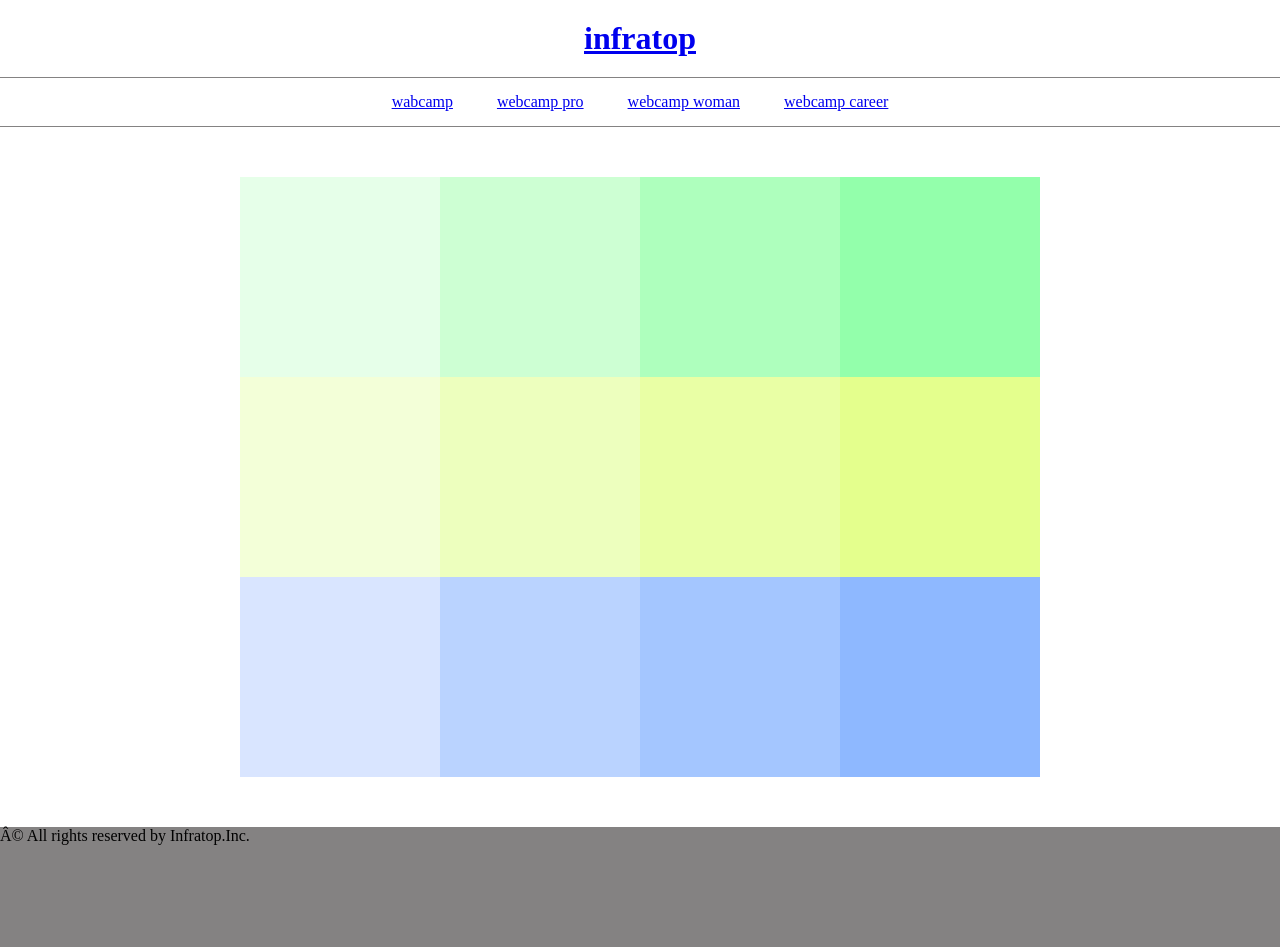
Repository: dsjanainoyo/html
Page: capter5.exercise/capter5.exercise.html
The author's editor kept a record of every edit. The page is drawn from the files as they stood at one moment, then again after the next edit.
The browser window is 1280 px wide. The pictures show the whole page.

Above is the page before.

### capter5.exercise/capter5.exercise.html
<!DOCTYPE html>
<html lang="ja">
  <head>
    <meta charset="UTF=8">
    <link rel="stylesheet" href="capter5.exercise.css">
    <title>CAPTER5</title>
  </head>

  <body>
    <header>
      <h1>
        <a href="capter5.exercise.html">
          infratop
        </a>
      </h1>
      </header>
    <nav>
      <ul class="nav-list">
        <li class="nav-list-item">
          <a href="capter5.exercise.htm">
          wabcamp
          </a>
        </li>
         <li class="nav-list-item">
         <a href="capter5.exercise.htm">
          webcamp pro
          </a>
        </li>
         <li class="nav-list-item">
          <a href="capter5.exercise.htm">
          webcamp woman
          </a>
          </li>
         <li class="nav-list-item">
          <a href="capter5.exercise.htm">
          webcamp career
          </a>
        </li>
     </ul>
    </nav>


    <main>
      <div class="box1"></div>
      <div class="box2"></div>
      <div class="box3"></div>
      <div class="box4"></div>
      <div class="box5"></div>
      <div class="box6"></div>
      <div class="box7"></div>
      <div class="box8"></div>
      <div class="box9"></div>
      <div class="box10"></div>
      <div class="box11"></div>
      <div class="box12"></div>
    </main>

    <footer>
      <div="footer-text">
        © All rights reserved by Infratop.Inc.
      </div>
    </footer>
  </body>

### capter5.exercise/capter5.exercise.css
*{
  margin:0;
  padding:0;
  box-sizing:border-box;
}

header{
  width:100%;
  margin:20px 0;
  text-align:center;
}

.nav-list{
  margin:0 auto;
  padding:15px 0;
  text-align:center;
  border-top:1px solid #848282;
  border-bottom:1px solid #848282;
}

.nav-list-item{
  list-style:none;
  margin:0 20px;
  display:inline-block;

}

main{
  width:800px;
  margin:50px auto;
  display:flex;
  flex-wrap:wrap;
}

.box1{
  width:200px;
  height:200px;
  background-color:#e6ffe9;
}

.box2{
  width:200px;
  height:200px;
  background-color:#cdffd3;
}

.box3{
  width:200px;
  height:200px;
  background-color:#aeffbd;
}

.box4{
  width:200px;
  height:200px;
  background-color:#93ffab;
}

.box5{
  width:200px;
  height:200px;
  background-color:#f3ffd8;
}

.box6{
  width:200px;
  height:200px;
  background-color:#edffbe;
}

.box7{
  width:200px;
  height:200px;
  background-color:#e9ffa5;
}

.box8{
  width:200px;
  height:200px;
  background-color:#e4ff8d;
}

.box9{
  width:200px;
  height:200px;
  background-color:#d9e5ff;
}

.box10{
  width:200px;
  height:200px;
  background-color:#bad3ff;
}

.box11{
  width:200px;
  height:200px;
  background-color:#a4c6ff;
}

.box12{
  width:200px;
  height:200px;
  background-color:#8eb8ff;
}

footer{
  width:100%;
  height:120px;
  background-color:#848282;
}

.footer-text{

}

After the next edit:
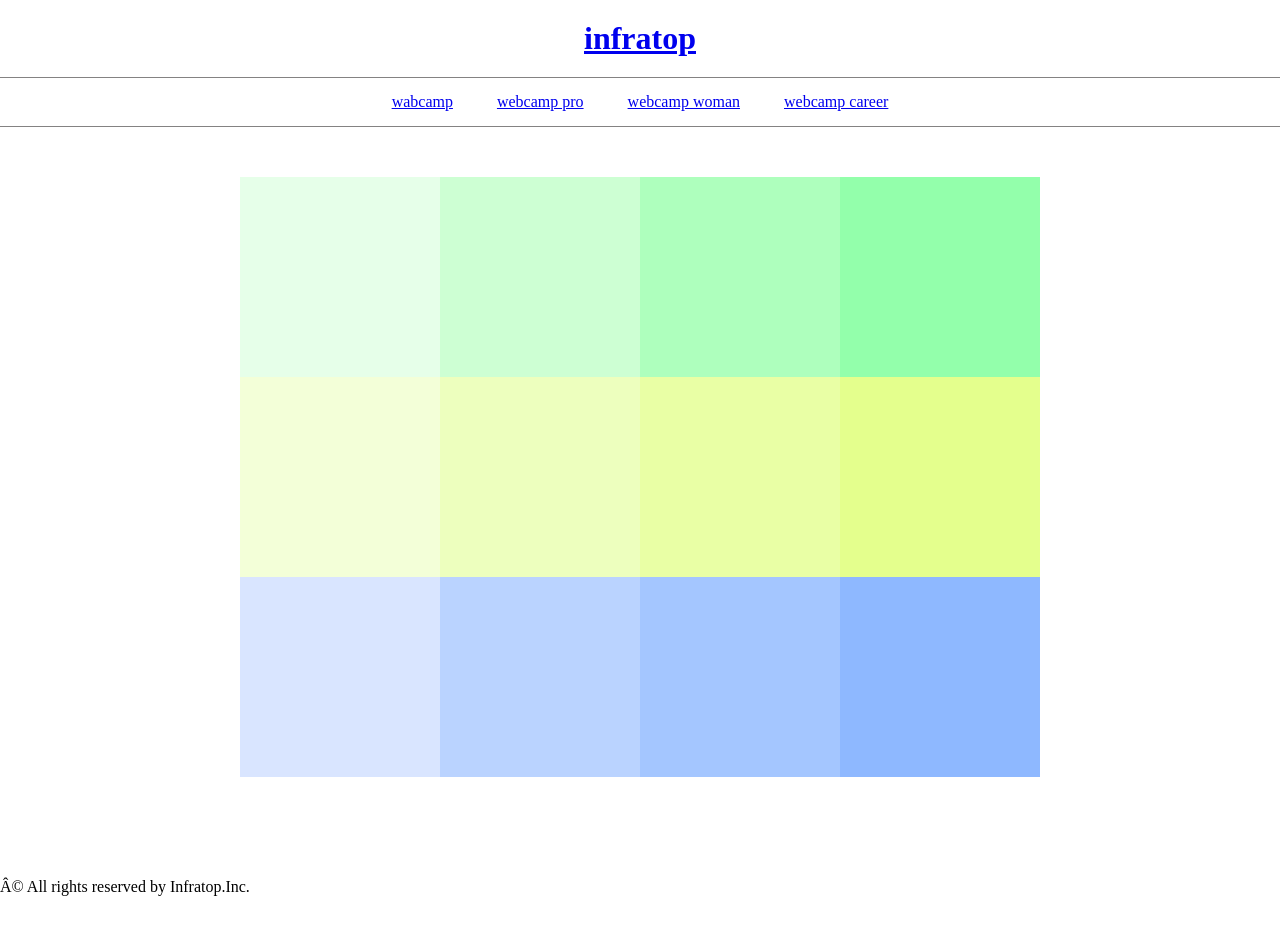
The edit:
--- a/capter5.exercise/capter5.exercise.css
+++ b/capter5.exercise/capter5.exercise.css
@@ -107,7 +107,9 @@
 footer{
   width:100%;
   height:120px;
-  background-color:#848282;
+  background-color:#848282
+  text-align:center;
+  line-height:120px;
 }
 
 .footer-text{

After the 2 edits that followed:
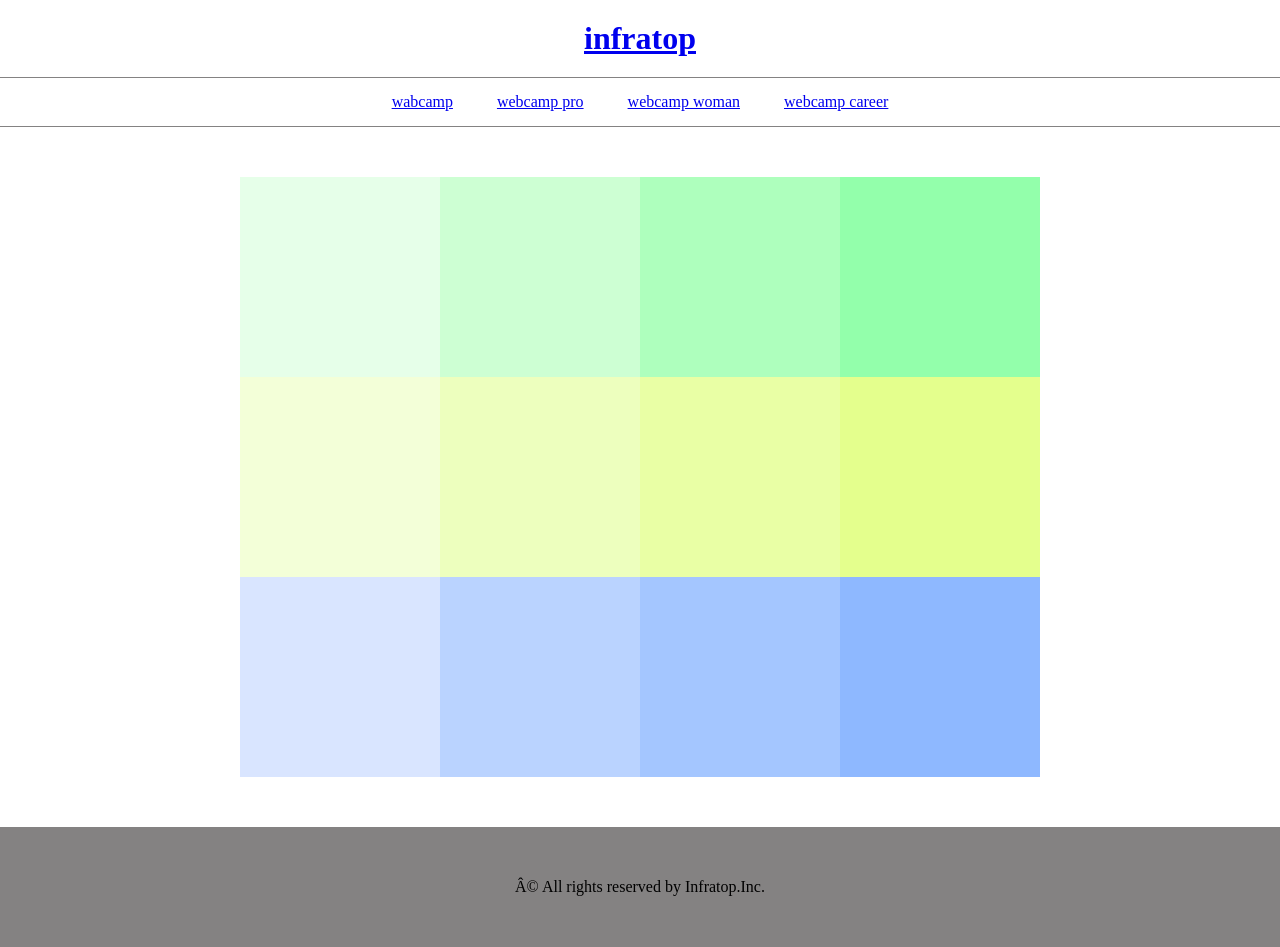
The 2 edits are shown as one change because 1 left the picture as it was.
The edit:
--- a/capter5.exercise/capter5.exercise.css
+++ b/capter5.exercise/capter5.exercise.css
@@ -107,11 +107,11 @@
 footer{
   width:100%;
   height:120px;
-  background-color:#848282
+  background-color:#848282;
   text-align:center;
   line-height:120px;
 }
 
 .footer-text{
-
+color:#fff;
 }
